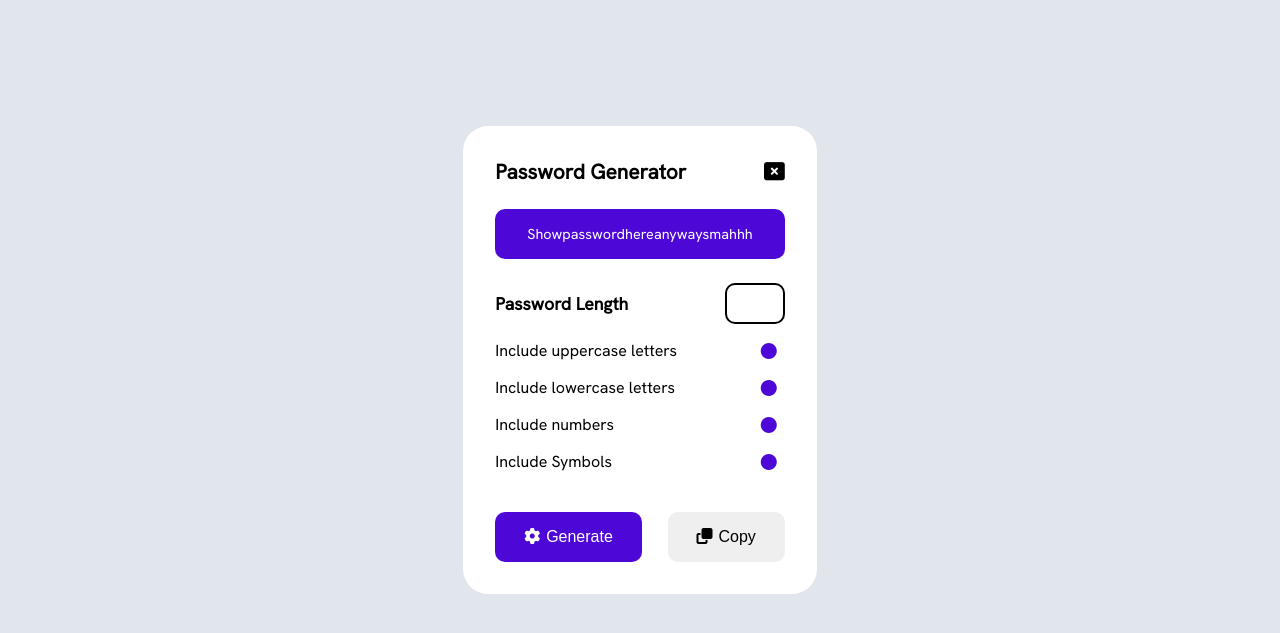
Repository: emiliaiwu/password_generator
Page: index.html
An editor plug-in stored every save of this project. The page is shown before and after the next save, followed by the edit.
The browser window is 1280 px wide. The pictures show the whole page.
Some web libraries are served in a nearby version.

Above is the page before, as saved 2022-12-14 05:03:44.

After the next save:
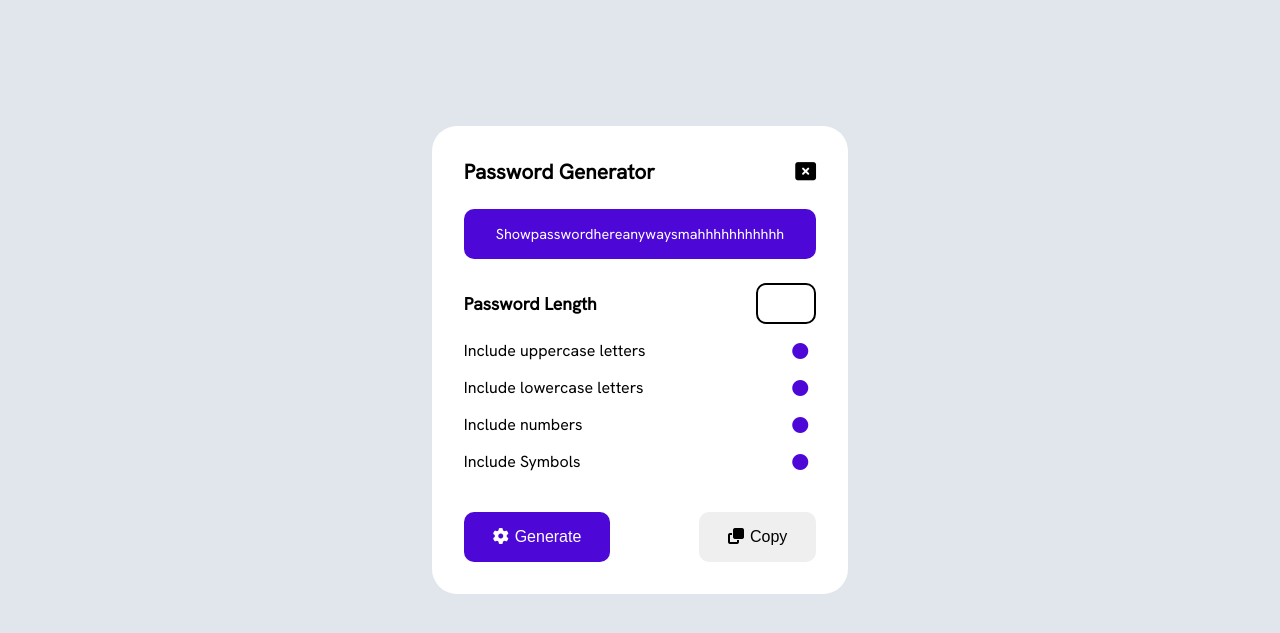
Saved 45 s later.
--- a/index.html
+++ b/index.html
@@ -16,7 +16,7 @@
         </div>
 
         <div class="display_password">
-            <p>Showpasswordhereanywaysmahhh</p>
+            <p>Showpasswordhereanywaysmahhhhhhhhhhh</p>
         </div>
 
         <div class="password_attributes">
